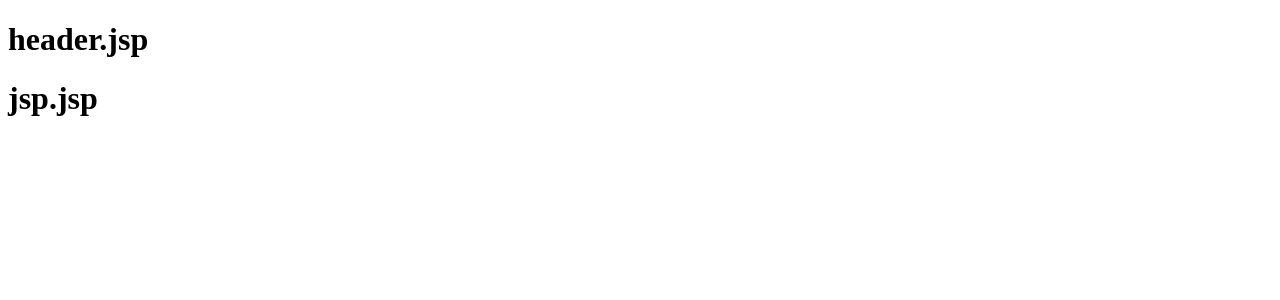
Repository: JaeWon-Sim/Project
Page: http://localhost/_4_project_jsp/jsp.jsp
These files come from the project's save history. The page is drawn as it stood at one moment and after the next save; the edit follows.
The browser window is 1280 px wide. The pictures show the whole page.
The page is served by Tomcat 9.

Above is the page before, as saved 2025-08-21 06:01:52.

### workspace_java/_4_project_jsp/src/main/webapp/jsp.jsp
<!-- html 주석 -->
<%-- jsp 주석 --%>

<!-- 디렉티브 테그 -->
<%--
	"<%@"로 시작하는 태그
	1. page
	2. include
 --%>
<%@
	page
	language="java"
	contentType="text/html; charset=UTF-8"
    pageEncoding="UTF-8"

    import="java.util.List"
    import="java.util.Map"
    %>
    <%-- import 찾는법 --%>
<%@page import="java.util.ArrayList"%>
<%@page import="java.util.*"%>
<!DOCTYPE html>
<html>
<head>
<meta charset="UTF-8">
<title>Insert title here</title>
<script>
	window.onload = function(){
		console.log("jsp");
	}
</script>
</head>
<body>
	<%@ include file="header.jsp" %>

	<h1>jsp.jsp</h1>

<!-- 스크립틀릿Scriptlet -->
<%
	//여기는 java 땅입니다
	System.out.println("test");
%>

</body>
</html>

### workspace_java/_4_project_jsp/src/main/webapp/header.jsp
<%@ page language="java" contentType="text/html; charset=UTF-8"
    pageEncoding="UTF-8"%>
<script>
	window.onload = function(){
		console.log("header");
	}
</script>
	<h1>header.jsp</h1>

After the next save:
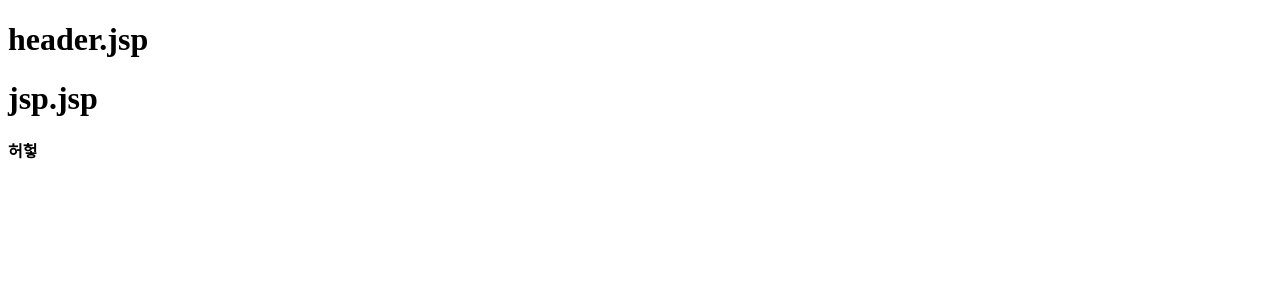
Saved 3 min 57 s later.
--- a/workspace_java/_4_project_jsp/src/main/webapp/jsp.jsp
+++ b/workspace_java/_4_project_jsp/src/main/webapp/jsp.jsp
@@ -39,6 +39,7 @@
 <%
 	//여기는 java 땅입니다
 	System.out.println("test");
+	out.println("<strong>허헣</strong>");
 %>
 
 </body>
